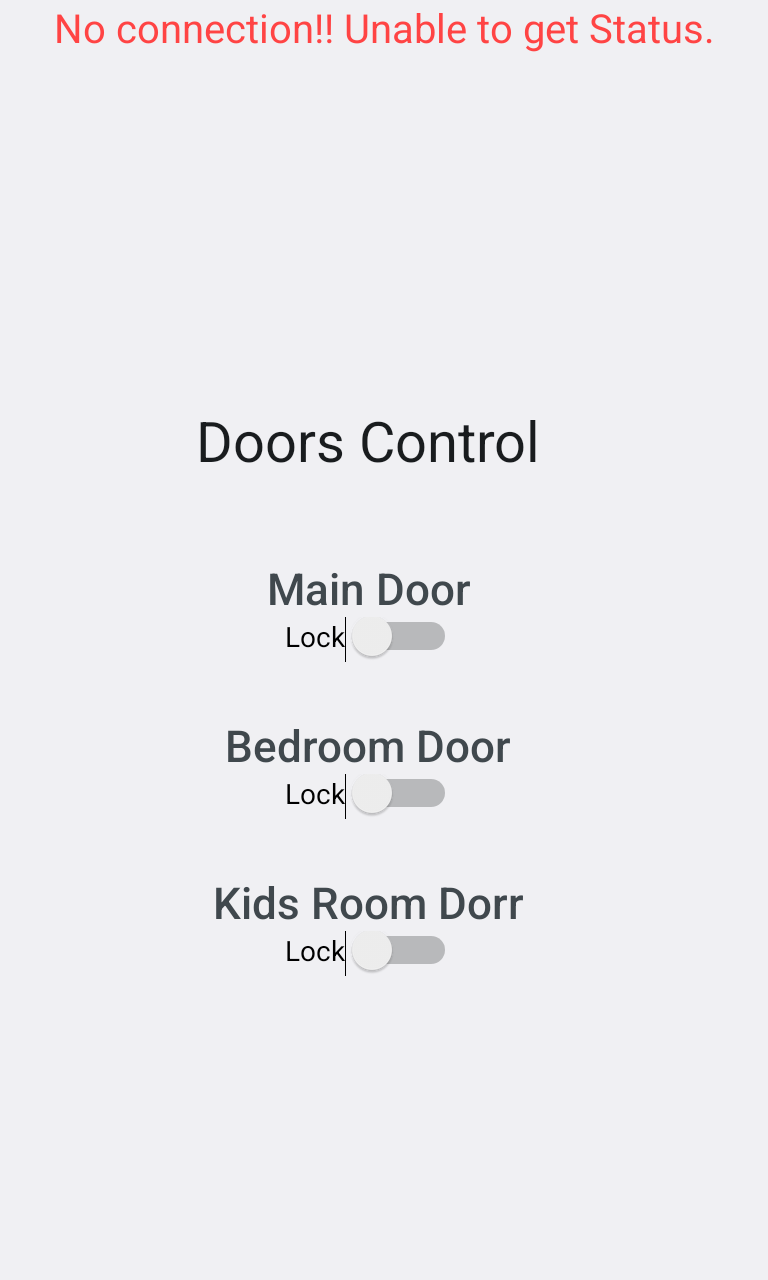
Repository: Teketel/hujeManiita
Layout: workspace/android/Besso/res/layout/door_control.xml
An editor plug-in stored every save of this project. The layout is shown before and after the next save, followed by the edit.
It is drawn on a 768 x 1280 px phone screen (xhdpi) without system bars, with theme AppTheme; the app's code is not run.

Above is the layout before, as saved 2013-05-19 22:46:17.

### workspace/android/Besso/res/layout/door_control.xml
<?xml version="1.0" encoding="utf-8"?>
<LinearLayout xmlns:android="http://schemas.android.com/apk/res/android"
    android:layout_width="fill_parent"
    android:layout_height="wrap_content"
    android:orientation="vertical" >

    <TextView
        android:id="@+id/noConntextView"
        android:layout_width="fill_parent"
        android:layout_height="wrap_content"
        android:gravity="center"
        android:paddingBottom="49dp"
        android:textColor="@android:color/holo_red_light"
        android:text="No connection!! Unable to get Status."
        android:textAppearance="?android:attr/textAppearanceLarge"
        android:textSize="20dp" />

    <LinearLayout
        android:layout_width="fill_parent"
        android:layout_height="fill_parent"
        android:gravity="center"
        android:orientation="vertical"
        android:paddingLeft="5dp"
        android:paddingRight="20dp" >

        <TextView
            android:id="@+id/textView1"
            android:layout_width="wrap_content"
            android:layout_height="wrap_content"
            android:gravity="center"
            android:paddingBottom="40dp"
            android:text="Doors Control"
            android:textAppearance="?android:attr/textAppearanceLarge"
            android:textSize="28dp" />

        <TextView
            android:id="@+id/userTextView"
            android:layout_width="wrap_content"
            android:layout_height="wrap_content"
            android:text="Main Door"
            android:textAppearance="?android:attr/textAppearanceMedium"
            android:textSize="22dp" />

        <Switch
            android:id="@+id/main_door"
            android:layout_width="wrap_content"
            android:layout_height="wrap_content"
            android:paddingBottom="30dp"
            android:text="Lock" />

        <TextView
            android:id="@+id/emailTextView"
            android:layout_width="wrap_content"
            android:layout_height="wrap_content"
            android:text="Bedroom Door"
            android:textAppearance="?android:attr/textAppearanceMedium"
            android:textSize="22dp" />

        <Switch
            android:id="@+id/bedroom_door"
            android:layout_width="wrap_content"
            android:layout_height="wrap_content"
            android:paddingBottom="30dp"
            android:text="Lock" />

        <TextView
            android:id="@+id/ipTextView"
            android:layout_width="wrap_content"
            android:layout_height="wrap_content"
            android:text="Kids Room Dorr"
            android:textAppearance="?android:attr/textAppearanceMedium"
            android:textSize="22dp" />

        <Switch
            android:id="@+id/kids_room_door"
            android:layout_width="wrap_content"
            android:layout_height="wrap_content"
            android:paddingBottom="30dp"
            android:text="Lock" />
    </LinearLayout>

</LinearLayout>

Loaded but not shown: workspace/android/Besso/res/values/styles.xml (common file); workspace/android/Besso/res/values-v11/styles.xml (common file)

After the next save:
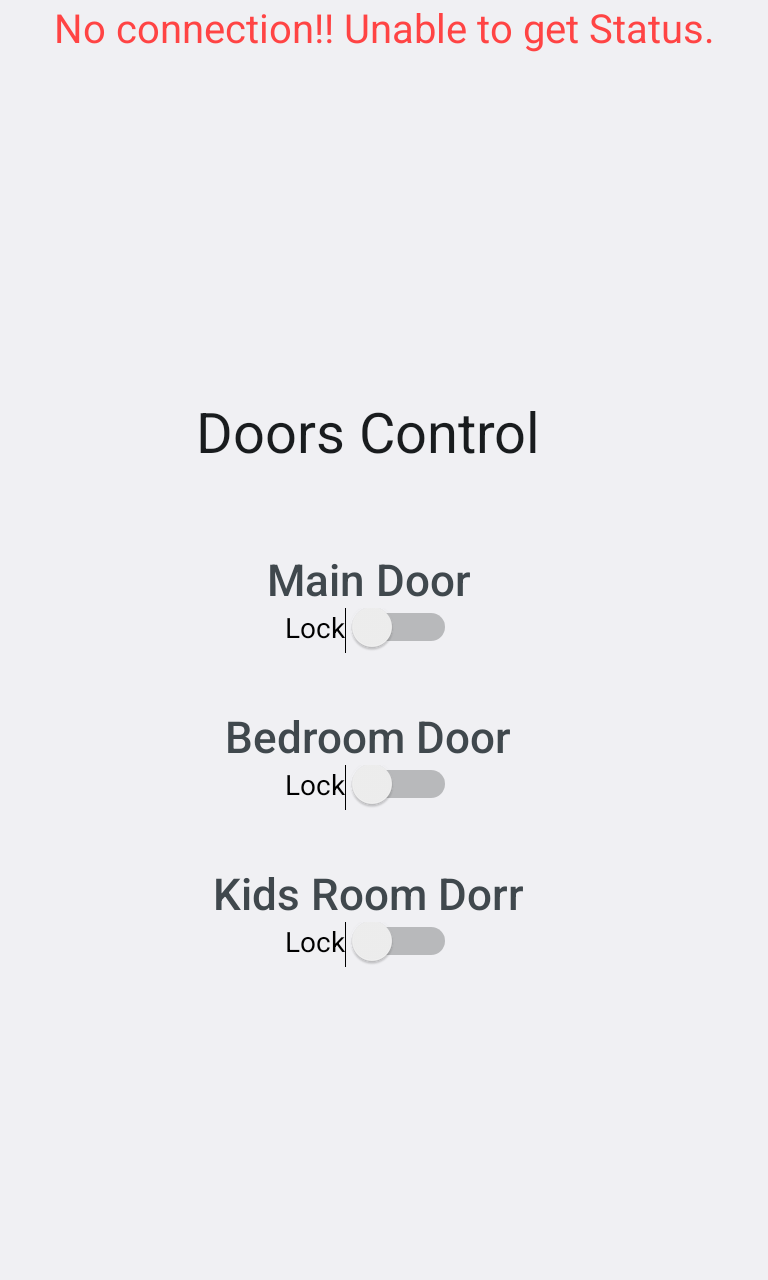
Saved 19 s later.
--- a/workspace/android/Besso/res/layout/door_control.xml
+++ b/workspace/android/Besso/res/layout/door_control.xml
@@ -9,7 +9,7 @@
         android:layout_width="fill_parent"
         android:layout_height="wrap_content"
         android:gravity="center"
-        android:paddingBottom="49dp"
+        android:paddingBottom="40dp"
         android:textColor="@android:color/holo_red_light"
         android:text="No connection!! Unable to get Status."
         android:textAppearance="?android:attr/textAppearanceLarge"
